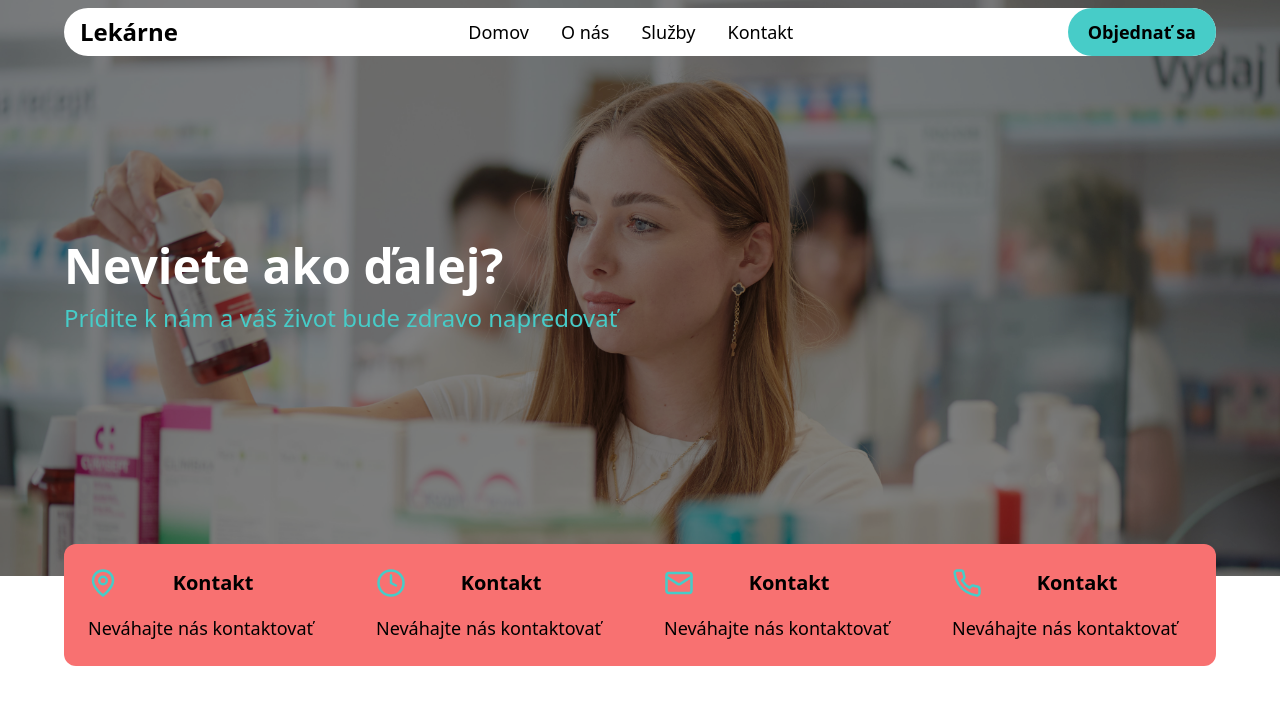
Repository: SimonSkoda13/Lekaren
Page: /
The author's editor kept a copy of each file at every save. The page is drawn from the files as they stood at one save, then again after the next save.
The browser window is 1280 px wide. The pictures show the whole page.
The project was rebuilt for these pictures with package versions that can differ from the ones it lists, and the page was loaded fresh each time. The framework's server and built-in components were replaced by stand-ins that run in the browser. Also part of the build but not shown: next.config.js.

Above is the page before, as saved 2023-04-22 18:00:04.

### src/app/layout.tsx
import { Header } from "./components/Header/Header";
import "./globals.css";
import { Poppins } from "next/font/google";

export const metadata = {
  title: "Create Next App",
  description: "Generated by create next app",
};

export default function RootLayout({
  children,
}: {
  children: React.ReactNode;
}) {
  return (
    <html lang="en">
      <body className="bg-white min-h-[100vh]">
        <Header />
        <main>{children}</main>
        <footer></footer>
      </body>
    </html>
  );
}

### src/app/page.tsx
import Image from "next/image";
import { Inter } from "next/font/google";
import { HomeHero } from "./components/HomeHero/HomeHero";
import { Contact } from "./components/Contact/Contact";
import { Phone, MapPin, Clock4, Mail } from "lucide-react";

const inter = Inter({ subsets: ["latin"] });

// page with

export default function Home() {
  return (
    <>
      <HomeHero
        title={"Neviete ako ďalej?"}
        image={"/homeBanner.jpg"}
        description={"Prídite k nám a váš život bude zdravo napredovať"}
      />
      <Contact
        items={[
          {
            title: "Kontakt",
            description: "Neváhajte nás kontaktovať",
            icon: <MapPin size={30} className="stroke-primary" />,
          },
          {
            title: "Kontakt",
            description: "Neváhajte nás kontaktovať",
            icon: <Clock4 size={30} className="stroke-primary" />,
          },
          {
            title: "Kontakt",
            description: "Neváhajte nás kontaktovať",
            icon: <Mail size={30} className="stroke-primary" />,
          },
          {
            title: "Kontakt",
            description: "Neváhajte nás kontaktovať",
            icon: <Phone size={30} className="stroke-primary" />,
          },
        ]}
      />
    </>
  );
}

### src/app/components/Header/Header.tsx
import Link from "next/link";
import React from "react";

export interface HeaderProps {}

export const Header = (props: HeaderProps) => {
  const {} = props;
  return (
    <header className="cntn fixed w-full top-2 z-10">
      <div className="flex bg-white rounded-full">
        <h1 className="py-2 px-4 text-2xl font-bold">Lekárne</h1>
        <div className="py-2 px-4 flex gap-8 items-center mx-auto text-lg font-medium">
          <Link href="/">Domov</Link>
          <Link href="/onas">O nás</Link>
          <Link href="/sluzby">Služby</Link>
          <Link href="/kontakt">Kontakt</Link>
        </div>
        {/* button order self */}
        <div className="flex justify-center items-center px-5 p-0 bg-primary rounded-full text-lg font-bold">
          <Link href="/order">Objednať sa</Link>
        </div>
      </div>
    </header>
  );
};

### src/app/globals.css
@tailwind base;
@tailwind components;
@tailwind utilities;

@layer components {
  .cntn {
    @apply mx-auto px-4  max-w-screen-xl md:px-16;
  }
}

### src/app/components/HomeHero/HomeHero.tsx
import Image from "next/image";
import React from "react";
import { ImageGradient } from "./ImageGradient/ImageGradient";

export interface HomeHeroProps {
  title: string;
  image: string;
  description: string;
}

export const HomeHero = (props: HomeHeroProps) => {
  const { title, image, description } = props;
  return (
    <section className="relative h-[80vh] z-0 px-0">
      <div className="w-full h-full absolute left-0 top-0 ">
        {/* make filter for image to odd brightness from top biggest to bottom lowest */}
        <ImageGradient>
          <Image
            src={image}
            alt="Next.js logo"
            fill
            style={{
              objectFit: "cover",
              objectPosition: "center",
            }}
          />
        </ImageGradient>
      </div>
      <div className="cntn relative gap-3 h-full flex justify-center flex-wrap flex-col z-10">
        <h1 className="text-5xl font-bold text-white">{title}</h1>
        <p className="text-2xl text-primary">{description}</p>
      </div>
    </section>
  );
};

### src/app/components/Contact/Contact.tsx
import { Phone } from "lucide-react";
import Image from "next/image";
import React, { ReactNode } from "react";

export interface ContactProps {
  items?: {
    title: string;
    description: string;
    icon: ReactNode;
  }[];
}

export const Contact = (props: ContactProps) => {
  const { items } = props;
  return (
    <section className="cntn z-10 relative top-[-2rem]">
      <div className="w-full grid grid-cols-2 md:grid-cols-4 items-start bg-red-400 rounded-xl">
        {items?.map((item) => (
          <div className="flex flex-col items-start gap-4 p-6">
            {/* <Image
            src={item.icon}
            alt={"contactIcon" + item.title}
            width={100}
            height={100}
          /> */}
            <div className="flex w-full flex-row gap-2 items-center">
              {item.icon}
              <h2 className="text-xl font-bold mx-auto pr-7">{item.title}</h2>
            </div>
            <p className="text-lg font-medium">{item.description}</p>
          </div>
        ))}
      </div>
    </section>
  );
};

### src/app/components/HomeHero/ImageGradient/ImageGradient.tsx
import React from "react";

export interface ImageGradientProps {
  children: React.ReactNode;
}

export const ImageGradient = (props: ImageGradientProps) => {
  const { children } = props;
  return (
    <div className="relative w-full h-full brightness-50 overflow-hidden z-10">
      <div className="absolute inset-0 z-10"></div>
      {children}
    </div>
  );
};

### tailwind.config.js
/** @type {import('tailwindcss').Config} */
module.exports = {
  content: [
    "./src/pages/**/*.{js,ts,jsx,tsx,mdx}",
    "./src/components/**/*.{js,ts,jsx,tsx,mdx}",
    "./src/app/**/*.{js,ts,jsx,tsx,mdx}",
  ],
  theme: {
    extend: {
      colors: {
        primary: "#47CCC8",
        secondary: "#2D3663",
      },
    },
  },
  plugins: [],
};

After the next save:
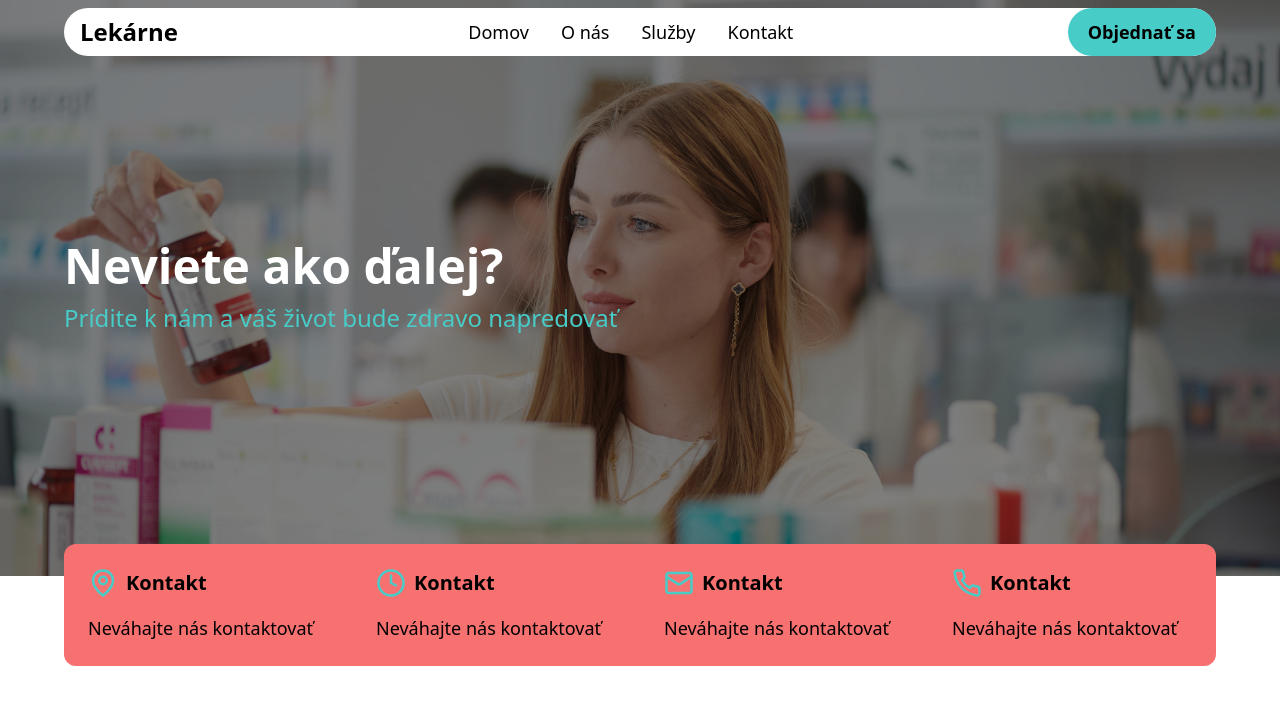
Saved 40 s later.
--- a/src/app/components/Contact/Contact.tsx
+++ b/src/app/components/Contact/Contact.tsx
@@ -25,7 +25,7 @@ export const Contact = (props: ContactProps) => {
           /> */}
             <div className="flex w-full flex-row gap-2 items-center">
               {item.icon}
-              <h2 className="text-xl font-bold mx-auto pr-7">{item.title}</h2>
+              <h2 className="text-xl font-bold">{item.title}</h2>
             </div>
             <p className="text-lg font-medium">{item.description}</p>
           </div>
